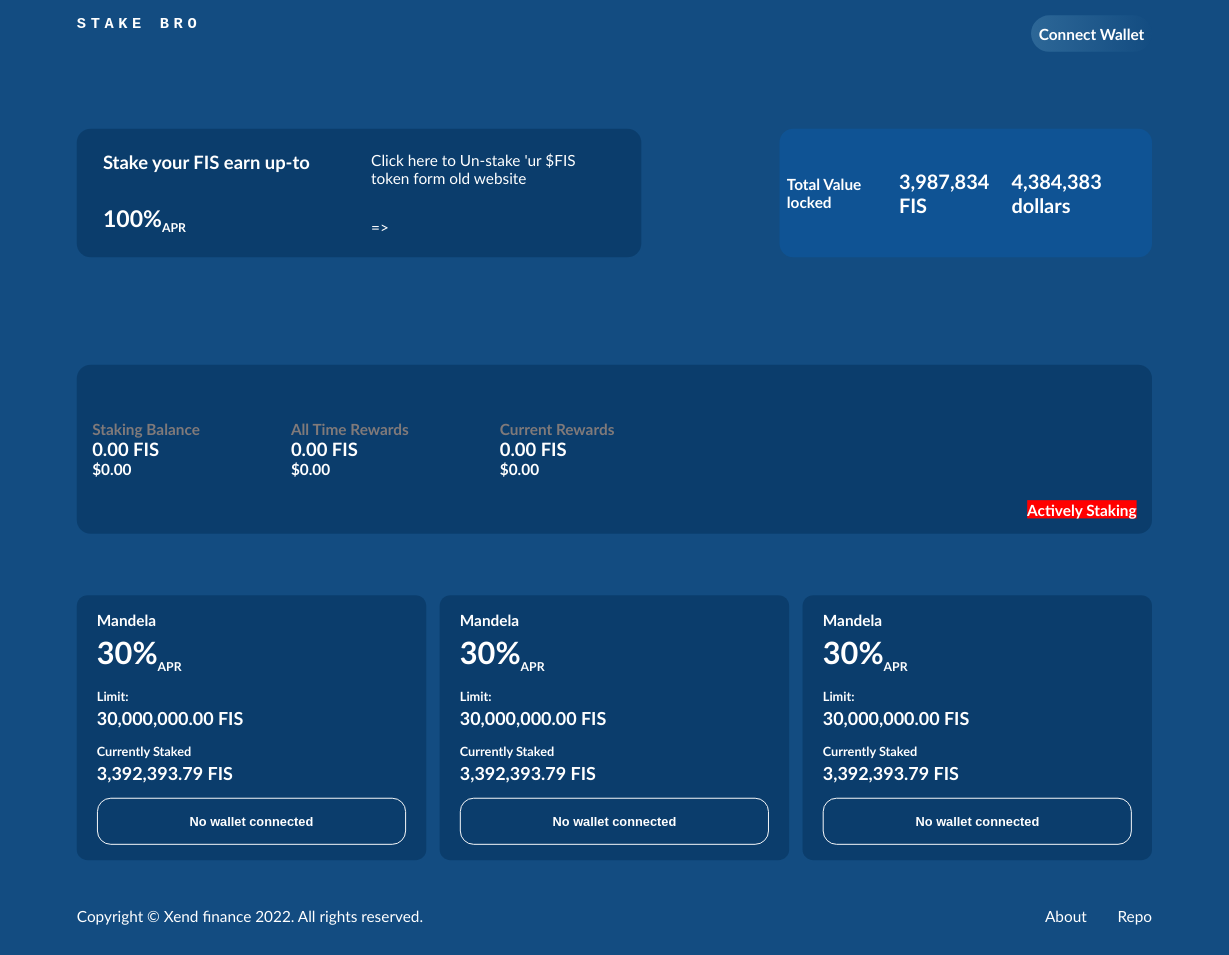
Repository: NorVirae/Stake
Page: /
The author's editor kept a copy of each file at every save. The page is drawn from the files as they stood at one save, then again after the next save.
The browser window is 1280 px wide. The pictures show the whole page, at 96% of full size.
The project was rebuilt for these pictures with package versions that can differ from the ones it lists, and the page was loaded fresh each time.

Above is the page before, as saved 2022-04-18 02:38:35.

### src/App.tsx
import React, { useState } from 'react';
import AprCard from './components/cards/apr-card';
import './styles/app.css'

function App() {
  const [isWalletConnected, setIsWalletConnected] = useState(false)

  return (
    <div className="stake-container">
      <header>
        <nav>
            <a href='logo' className='logo'>Stake Bro</a>
            <ul>
              <li className='connect-wallet-btn'>Connect Wallet</li>
            </ul>
        </nav>
      </header>



      <main>
        <section className='info-global'>
          <div className='info-main'>
            <div className='inner-container-left'>
              <h1 className='earn-text'> Stake your FIS earn up-to</h1>
              <h1>100%<sub className='sub'>APR</sub></h1>

            </div>

            <div className='inner-container-right'>
              <p>Click here to Un-stake 'ur $FIS token form old website</p>
              <span>{"=>"}</span>
            </div>
          </div>

          <div className='public-stake-info'>
            <h3 className='total-locked'>Total Value locked</h3>
            <h1 className='total-locked-token'>3,987,834 FIS</h1>
            <h2 className='total-locked-dollars'>4,384,383 dollars</h2>

          </div>

        </section>

        <section className='connection-info'>
          {
          isWalletConnected?
          <>
            <div className='connection-info-text'>No Wallet connected</div>
            <div> Connect wallet to see your balance</div>
          </>
          :
          <>
          <div className='user-stake-info-container'>
            <div className='user-stake-info'>
              <h2 className='staking-balance'>Staking Balance</h2>
              <h1 className='token-balance-fis'>0.00 FIS</h1>
              <h2 className='token-balance-dollars'>$0.00</h2>
            </div>

            <div className='user-stake-info'>
              <h2 className='staking-balance'>All Time Rewards</h2>
              <h1 className='token-balance-fis'>0.00 FIS</h1>
              <h2 className='token-balance-dollars'>$0.00</h2>
            </div>

            <div className='user-stake-info'>
              <h2 className='staking-balance'>Current Rewards</h2>
              <h1 className='token-balance-fis'>0.00 FIS</h1>
              <h2 className='token-balance-dollars'>$0.00</h2>
            </div>

          </div>

          <div className='info-redirect'>
            <h1>Actively Staking </h1>
          </div>

          </>
          }
        </section>

        <section className='reward'>
          <AprCard/>
          <AprCard/>
          <AprCard/>
        </section>

      </main>

      <footer>
        <div className='copyright-info'>
          Copyright &copy; Xend finance 2022. All rights reserved.
        </div>
        <ul>
          <li>About</li>
          <li>Repo</li>

        </ul>
      </footer>

    </div>
  );
}

export default App;

### src/components/cards/apr-card.tsx
import React from "react";


const AprCard:React.FC = ()=>{
    return <div className='apr-card'>
                <div className='mandela-container'>
                    <h4 className="mandela">Mandela</h4>
                    <h1 className="apr-announce">30%<sub className="sub">APR</sub></h1>
                </div>


                <div className='limit-container'>
                    <h5>Limit:</h5>
                    <h3>30,000,000.00 FIS</h3>
                </div>

                <div className='current-container'>
                    <h5>Currently Staked</h5>
                    <h3>3,392,393.79 FIS</h3>
                </div>

                <button className="stake-button">No wallet connected</button>
        </div>
}

export default AprCard;

### src/styles/app.css
*{
    padding: 0;
    margin: 0;

}

::-webkit-scrollbar{
    background-color: #134C81;
    width: .4rem;
}

::-webkit-scrollbar-thumb{
    background-color: #0c5ba5;
}

img {
    width: 100%;
}

li {
    list-style-type: none;
}

body{
    background-color: #134C81;
    color: #ffff;
    font-family:'Trebuchet MS', 'Lucida Sans Unicode', 'Lucida Grande', 'Lucida Sans', Arial, sans-serif;
}
.stake-container {
    max-width: 70rem;
    margin:auto;
    display: flex;
    flex-direction: column;
    gap: 1rem;
}


nav {
    display:  flex;
    justify-content: space-between;
    padding: 1rem 0;
    position: sticky;
    top:0;
}

main {
    display: flex;
    flex-direction: column;
    gap:4rem;
}
.logo {
    text-decoration: none;
    font-family: 'Courier New', Courier, monospace;
    font-weight: 900;
    color: #ffff;
    letter-spacing: .3rem;
    text-transform: uppercase;
}

.connect-wallet-btn{
    padding: .6rem .5rem;
    background-image: linear-gradient(to right, #2d6797, #134C81  );
    font-weight: bold;
    border-radius: 3rem;
    transition: background-image .5s ease-in-out;
}

.connect-wallet-btn:hover{
    background-image: linear-gradient(to right, #134C81, #2d6797 );
    cursor: pointer;
    color: rgb(225, 225, 235);

}

.info-global{
    display: flex;
    justify-content: space-between;
    padding: 3rem 0;
    gap: 9rem;
}

.info-main{
    display: flex;
    background-color: #05315a88;
    border-radius: .9rem;
    padding: .5rem .9rem;

}

.inner-container-left, .inner-container-right{

    width: 100%;
    padding: .9rem .8rem;
    border-radius: .9rem;
    display: flex;
    flex-direction: column;
    gap:2rem
}



.earn-text {
    font-size: 1.2rem;
}

.sub{
    font-size: .8rem;
}

.public-stake-info {
    display: flex;
    justify-content: center;
    align-items: center;
    border-radius: .9rem;
    padding: .5rem;
    gap: .4rem;

    background-color: #0c5ba588;

}


.total-locked{
    font-size: 1rem;

}

.total-locked-token{
    font-size: 1.3rem;
}

.total-locked-dollars {
    font-size: 1.3rem;
}


.connection-info{
    display: flex;
    background-color: #05315a88;
    border-radius: .9rem;
    justify-content: center;
    align-items: center;
    height: 20vh;
    padding: 1rem 1rem;

}

.connection-info-text {
    font-size: 1.2rem;
    text-transform: uppercase;
}

.user-stake-info-container{
    display: flex;
    justify-content: space-between;
    width: 100%;
}

.staking-balance{
    font-size: 1rem;
    color: rgb(128, 122, 122);
}

.token-balance-fis{
    font-size: 1.2rem;
}

.token-balance-dollars{
    font-size: 1rem;
}

.info-redirect{
    width: 100%;
    height: 100%;
    display: flex;
    justify-content: flex-end;
    align-items: flex-end;
}

.info-redirect h1 {
    background-color: red;
    font-size: 1rem;
}
.reward{
    display: flex;
    justify-content: space-between;
    gap: .9rem;
}

.apr-card{
    background-color: #05315a88;
    padding: 1rem 1.3rem;
    border-radius: .7rem;
    display: flex;
    flex-direction: column;
    justify-content: space-around;
    flex: 1;
    gap: .9rem;
}

.mandela-container{
    display: flex;
    flex-direction: column;
    justify-content: space-between;
    gap:.3rem;
}

.mandela{
    font-size: 1rem;

}

.apr-announce{
    font-size: 2rem;
}

.limit-container{
    display: flex;
    flex-direction: column;
    justify-content: space-between;
    gap:.3rem;
}

.current-container{
    display: flex;
    flex-direction: column;
    justify-content: space-between;
    gap:.3rem;
}

.stake-button{
    border-radius: .9rem;
    border: .1px solid white;
    background-color: transparent;
    padding: 1rem .6rem;
    color: #fff;
    font-weight: bold;
}

.stake-button:hover{
    cursor: pointer;
}

footer{
    display: flex;
    justify-content: space-between;
    padding: 2rem 0;

}
.copyright-info{
    display: flex;
}

footer ul{
    display: flex;
    gap: 2rem;
}

Loaded but not shown: public/index.html (common file); src/index.tsx (common file); src/reportWebVitals.ts (common file)

After the next save:
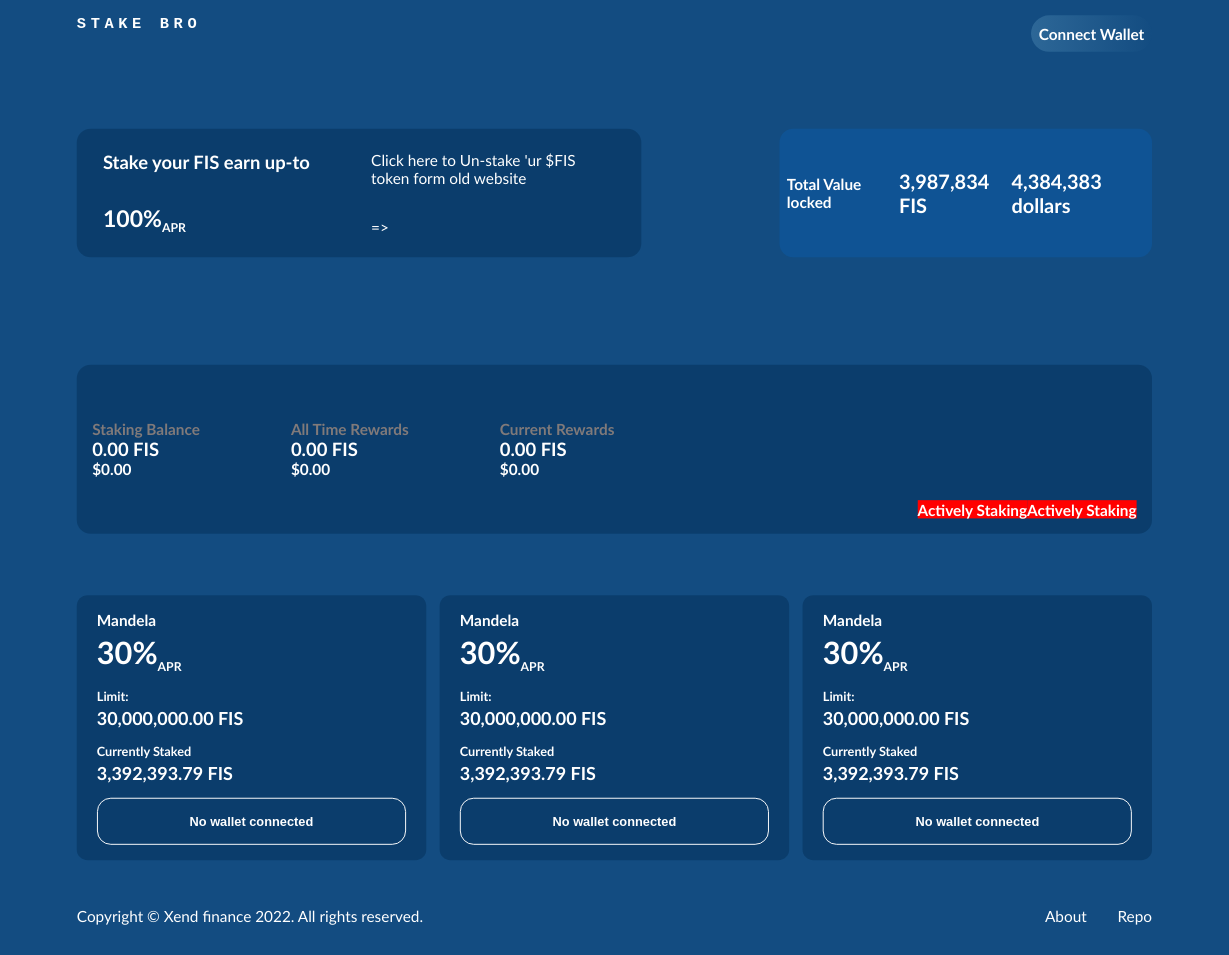
Saved 13 s later.
--- a/src/App.tsx
+++ b/src/App.tsx
@@ -74,6 +74,8 @@ function App() {
 
           <div className='info-redirect'>
             <h1>Actively Staking </h1>
+            <h1>Actively Staking </h1>
+
           </div>
 
           </>
